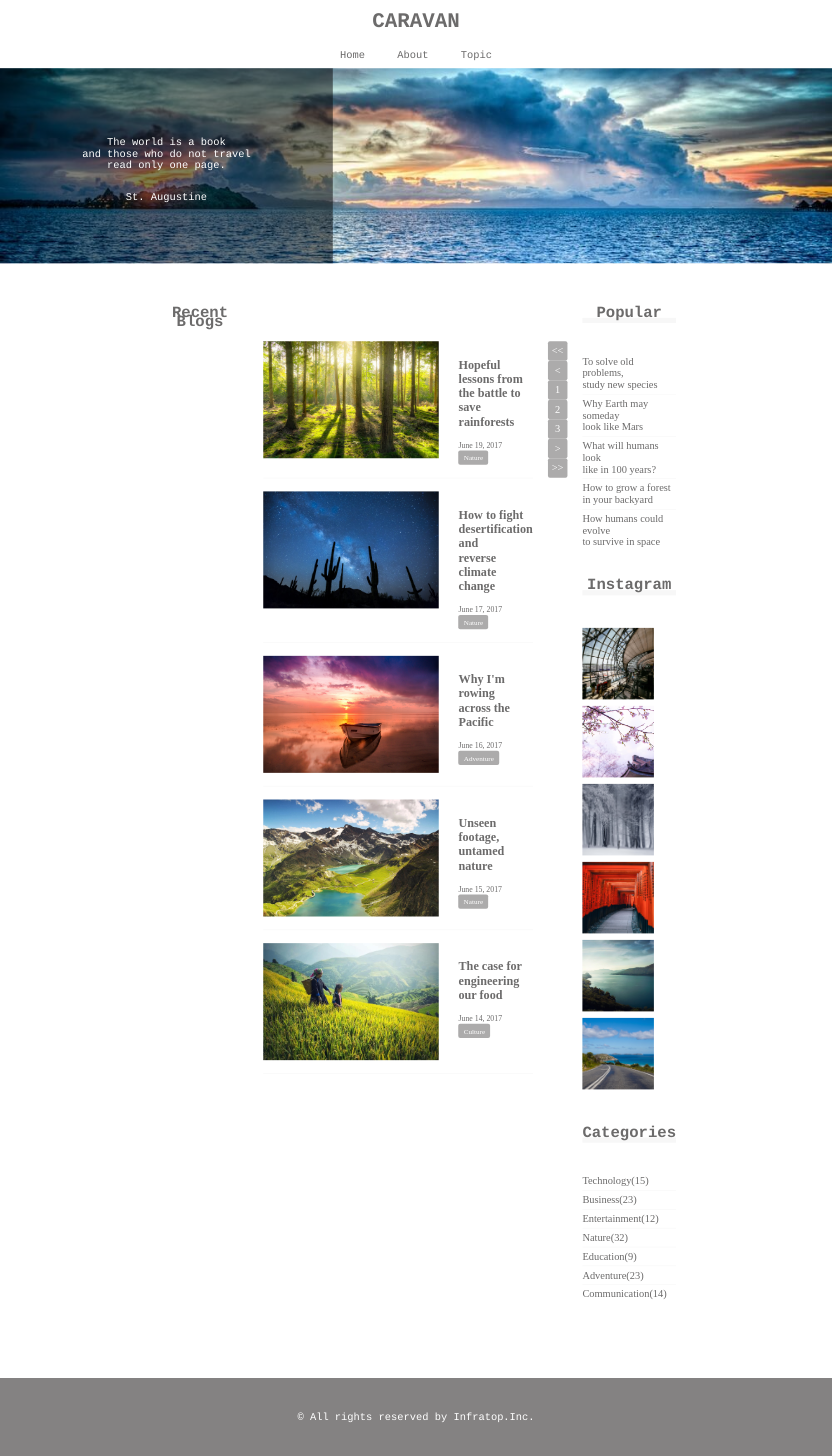
Repository: Risako-Kuse/HTML-CSS
Page: caravan/index.html
The author's editor kept a record of every edit. The page is drawn from the files as they stood at one moment, then again after the next edit.
The browser window is 1280 px wide. The pictures show the whole page, at 65% of full size.

Above is the page before.

### caravan/index.html
<!DOCTYPE html>
<html lang="ja">
 <head>
  <meta charset="UTF-8"/>
  <!-- CSSファイルの読み込み -->
  <link rel="stylesheet" href="style.css" />
  <title>CARAVAN</title>
 </head>


 <body>
  <!-- header -->
  <header>
    <h1 class="heading">
     <a href="index.html">
      CARAVAN
     </a>
    </h1>
  </header>

   <!-- navigation -->
   <nav>
     <ul class="nav-list">
     <li class="nav-list-item">
      <a href="index.html">Home</a>
     </li>
     <li class="nav-list-item">About</li>
     <li class="nav-list-item">Topic</li>
    </ul>
   </nav>


  <!-- main-visual用のdiv -->
  <div class="main-visual">
    <div class="main-visual-content">
       <!-- pタグ（と文字）を追加 -->
       <p class="main-visual-text">
         The world is a book<br />
         and those who do not travel<br />
         read only one page.
       </p>
       <p class="main-visual-name">
         St. Augustine
       </p>
    </div>
  </div>

  <!-- main用のdiv -->
  <main>
    <section class="blog">
      <h2 class="blog-heading">Recent Blogs</h2>
      </section>

      </section>
      <div class="blog-box">
       <div class="blog-item">
        <img class="blog-image" src="img/forest.jpg"/>
       <section class="blog-text">
        <h3 class="blog-text-heading">
          <a href="single.html">
            Hopeful lessons from<br>
            the battle to save<br>
            rainforests
          </a>
        </h3>
        <p class="blog-date">June 19, 2017</p>
        <span class="category">Nature</span>
        </section>
      </div>
      <div class="blog-item">
        <img class="blog-image" src="img/desert.jpg" />
        <section class="blog-text">
          <h3 class="blog-text-heading">
            <a href="single.html">
               How to fight<br>
               desertification and<br>
               reverse climate change
            </a>
          </h3>
          <p class="blog-date">June 17, 2017</p>
          <span class="category">Nature</span>
         </section>
      </div>
      <div class="blog-item">
        <img class="blog-image" src="img/sunset.jpg" />
        <section class="blog-text">
          <h3 class="blog-text-heading">
            <a href="single.html">
              Why I'm rowing<br>
              across the Pacific
            </a>
          </h3>
          <p class="blog-date">June 16, 2017</p>
          <span class="category">Adventure</span>
         </section>
        </div>
        <div class="blog-item">
         <img class="blog-image" src="img/italy.jpg" />
         <section class="blog-text">
           <h3 class="blog-text-heading">
             <a href="single.html">
               Unseen footage,<br>
               untamed nature
             </a>
            </h3>
            <p class="blog-date">June 15, 2017</p>
            <span class="category">Nature</span>
           </section>
          </div>
          <div class="blog-item">
           <img class="blog-image" src="img/asia.jpg" />
           <section class="blog-text">
            <h3 class="blog-text-heading">
              <a href="single.html">
                The case for<br>
                engineering our food
              </a>
            </h3>
            <p class="blog-date">June 14, 2017</p>
            <span class="category">Culture</span>
           </section>
          </div>
         </div>
         <div class="pagination">
           <p><<</p>
           <p><</p>
           <p>1</p>
           <p>2</p>
           <p>3</p>
           <p>></p>
           <p>>></p>
          </div>
        </section>

        <div class="sidebar">
          <section class="popular">
            <h2 class="popular-heading common-heading">Popular</h2>
            <div class="sidebar-contents">
              <p class="popular-text">To solve old problems,<br>study new species</p>
              <p class="popular-text">Why Earth may someday<br>look like Mars</p>
              <p class="popular-text">What will humans look<br>like in 100 years?</p>
              <p class="popular-text">How to grow a forest<br>in your backyard</p>
              <p class="popular-text">How humans could evolve<br>to survive in space</p>
        </div>
      </section>
      <section class="instagram">
        <h2 class="instagram-heading common-heading">Instagram</h2>
        <div class="sidebar-contents">
          <div class="instagram-box"></div>
          <div class="instagram-box"></div>
          <div class="instagram-box"></div>
          <div class="instagram-box"></div>
          <div class="instagram-box"></div>
          <div class="instagram-box"></div>
        </div>
      </section>
      <section class="categories">
        <h2 class="categories-heading common-heading">Categories</h2>
        <div class="sidebar-contents">
          <p class="categories-text">Technology(15)</p>
          <p class="categories-text">Business(23)</p>
          <p class="categories-text">Entertainment(12)</p>
          <p class="categories-text">Nature(32)</p>
          <p class="categories-text">Education(9)</p>
          <p class="categories-text">Adventure(23)</p>
          <p class="categories-text">Communication(14)</p>
        </div>
      </section>
    </div>
  </main>

  <!-- footer -->
  <footer>
    <p class="footer-text">© All rights reserved by Infratop.Inc.</p>
  </footer>
 </body>

</html>

### caravan/style.css
/* ブラウザがそれぞれ持っているCSSをリセットするための記述 */
* {
  margin: 0;
  padding: 0;
  box-sizing: border-box;
  color: #6c6b6b;
}

a {
  text-decoration: none;
}

header, nav, h2, .main-visual, footer {
  font-family: Chalkduster, "Bradley Hand", Courier, "Segoe Print", sans-serif;
}

header {
  width: 90%; /* 横幅90% */
  padding: 15px 0;
  margin: 0 auto;
  text-align: center;
  position: relative;
}

.social i {
  display: inline-block;
  margin-left: 20px;
}

.social {
  position: absolute;
  top: 22px;
  right: 22px;
}

header .heading {
  /* headerタグ内のheadingクラスにのみ反映される */
  font-size: 32px;
}

.nav-list {
  text-align: center;
  padding: 10px 0;
  margin: 0 auto;
}

.nav-list-item {
  list-style: none;
  display: inline-block;
  margin: 0 20px;
}

.main-visual {
  width: 100%; /* 横幅いっぱい */
  height: 300px; /* 高さ300px */
   background-image: url(img/mv.jpg);
   background-size: cover; /* 縦横比を維持したまま背景領域を埋め尽くす */
   background-position: center; /* 背景画像を中央に配置 */
}

.main-visual-content {
  width: 40%; /* 横幅40% */
  height: 300px; /* 親の高さに揃える */
  background-color: rgba( 0, 0, 0, 0.5); /* 背景色を半透明の黒にする */
  text-align: center; /* 文字を中央揃えにする */
  padding-top: 105px; /* 上側の内側余白で垂直方向の位置を調整 */
}

.main-visual-text {
  color: #fff; /* 文字色を白に変更 */
}

.main-visual-name {
  margin-top: 30px; /* 上側の外側の余白 */
  color: #fff; /* 文字色を白に変更 */
}

main {
   width: 800px; /* 横幅800px */
   display: flex; /* Flexboxの利用 */
   justify-content: center; /* 要素の横並び・中央寄せ */
   margin: 0 auto; /* 要素の中央揃え */
   padding: 70px 0; /* 上下に70px、左右に0pxの内側余白 */
}

.blog {
   width: 540px;
   margin-right: 30px; /* 領域の右側余白 */
}

.blog-heading {
  rder-bottom: 8px solid #f7f7f7;
  text-align: center;
  line-height: 0.6;
}

.blog-box {
  padding-top: 50px;
}

.blog-item {
  padding-bottom: 20px;
  margin-bottom: 20px;
  border-bottom: 1px solid #f7f7f7;
  display: flex;
  justify-content: flex-start;
}

.blog-image {
   height: 180px;
}

.blog-text {
  padding: 25px 0 0 30px;
}

.blog-text-heading {
  padding-bottom: 15px;
}

.blog-date {
  font-size: 12px;
  display: inline-block;
}

.category {
  display: inline-block;
  padding: 5px 8px;
  background-color: #acabab;
  border-radius: 3px;
  color: #fff;
  font-size: 11px;
}

.pagination {
  text-align: center;
  padding-top: 50px;
}

.pagination p {
  display: inline-block;
  width: 30px;
  height: 30px;
  margin: 0 5px;
  color: #fff;
  background-color: #acabab;
  border-radius: 3px;
  line-height: 30px;
}

.sidebar {
  width: 230px;
}

.common-heading {
   border-bottom: 8px solid #f7f7f7;
   text-align: center;
   line-height: 0.6;
}

.sidebar-contents {
   padding: 50px 0;
}

.popular-text,
.categories-text {
  padding-bottom: 5px;
  border-bottom: 1px solid #f7f7f7;
  margin-bottom: 5px;
}

.popular-text:last-child,
.categories-text:last-child {
  margin: 0;
  padding: 0;
  border: none;
}

.instagram .sidebar-contents {
  display: flex;
  flex-wrap: wrap;
}

.instagram-box {
  width: 110px;
  padding-top: 110px;
  background-size: cover;
  background-position: center;
  margin-bottom: 10px;
}

.instagram-box:nth-child(odd) {
  margin: 0 10px 10px 0;
}

.instagram-box:nth-child(odd) {
   argin-right: 10px;
}

.instagram-box:nth-child(1) {
  background-image: url(img/airport.jpg);
}

.instagram-box:nth-child(2) {
  background-image: url(img/japan.jpg);
}

.instagram-box:nth-child(3) {
  background-image: url(img/snow.jpg);
}

.instagram-box:nth-child(4) {
  background-image: url(img/japan2.jpg);
}

.instagram-box:nth-child(5) {
  background-image: url(img/lake.jpg);
}

.instagram-box:nth-child(6) {
  background-image: url(img/road.jpg);
}

footer {
   width: 100%; /* 横幅いっぱい */
   height: 120px; /* 高さ120px */
   text-align: center;
   line-height: 120px;
   background-color: #848282;
}

.footer-text {
   color: #fff;
}


@media screen and (max-width: 425px) {
 header {
   width: 100%;
  }

 .nav-list {
   width: 100%;
  }

 .nav-list-item {
   width: 100%;
   margin: 0 0 10px 0;
  }

.social {
   display: none;
 }

.main-visual-content {
   width: 100%;
 }

 main {
   width: 100%;
   display: block;
 }

 .blog {
   width: 100%;
   margin: 0;
 }

 .blog-box {
   padding-left: 2%;
   padding-right: 2%;
 }

 .blog-image {
   width: 49%;
 }

 .blog-text {
   width: 49%;
   padding-top: 5px;
 }

 .sidebar {
   width: 100%;
 }

 .sidebar-contents {
   padding-left: 3%;
   padding-right: 3%;
 }

 .instagram-box {
   width: 48%;
   padding-top: 48%;
 }

 .instagram-box:nth-child(odd) {
   margin-right: 4%;
 }

 .pagination {
   margin-bottom: 50px;
 }
}

After the next edit:
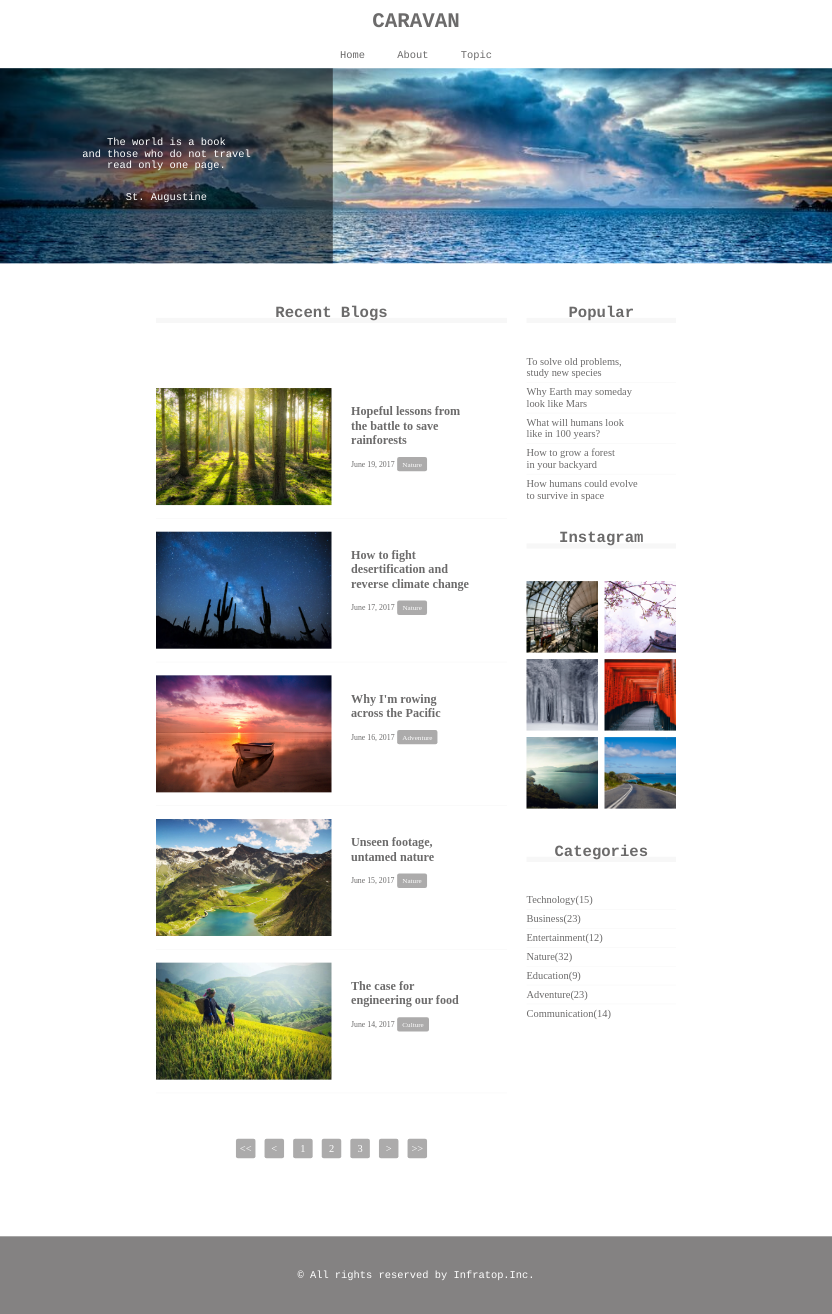
The edit:
--- a/caravan/index.html
+++ b/caravan/index.html
@@ -48,10 +48,8 @@
   <!-- main用のdiv -->
   <main>
     <section class="blog">
-      <h2 class="blog-heading">Recent Blogs</h2>
-      </section>
-
-      </section>
+      <h2 class="blog-heading common-heading">Recent Blogs</h2>
+      <div class="sidebar-contents">
       <div class="blog-box">
        <div class="blog-item">
         <img class="blog-image" src="img/forest.jpg"/>
